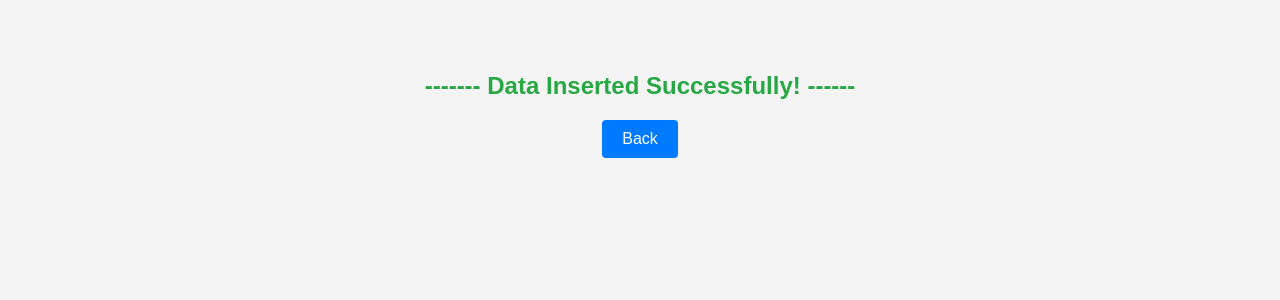
Repository: wmrmweerakoon/Online-Laundry-Management-System
Page: http://localhost/LaundryManagementSystem/InsertMsgjsp.jsp
An editor plug-in stored every save of this project. The page is shown before and after the next save, followed by the edit.
The browser window is 1280 px wide. The pictures show the whole page.
The page is served by Tomcat 9.

Above is the page before, as saved 2024-10-11 15:55:48.

After the next save:
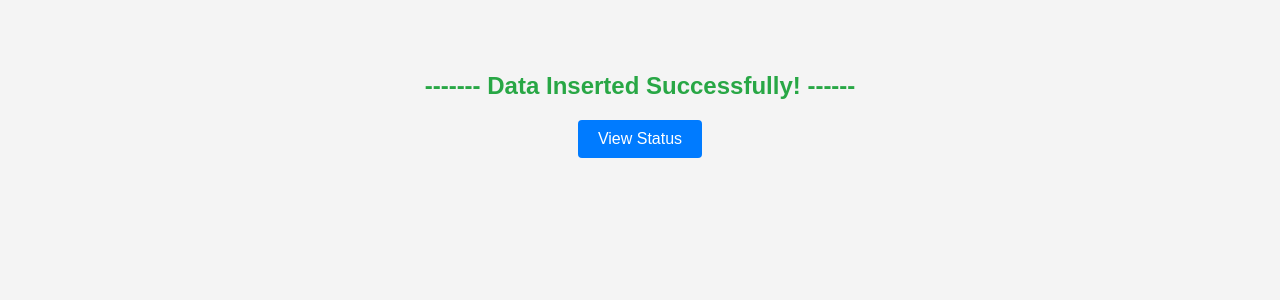
Saved 19 min 43 s later.
--- a/Projects/LaundryManagementSystem/src/main/webapp/InsertMsgjsp.jsp
+++ b/Projects/LaundryManagementSystem/src/main/webapp/InsertMsgjsp.jsp
@@ -57,7 +57,7 @@
 <body>
 	<h4>------- Data Inserted Successfully! ------</h4>
 	<a href="home.jsp">
-		<button>Back</button>
+		<button>View Status</button>
 	</a>
 </body>
 </html>
